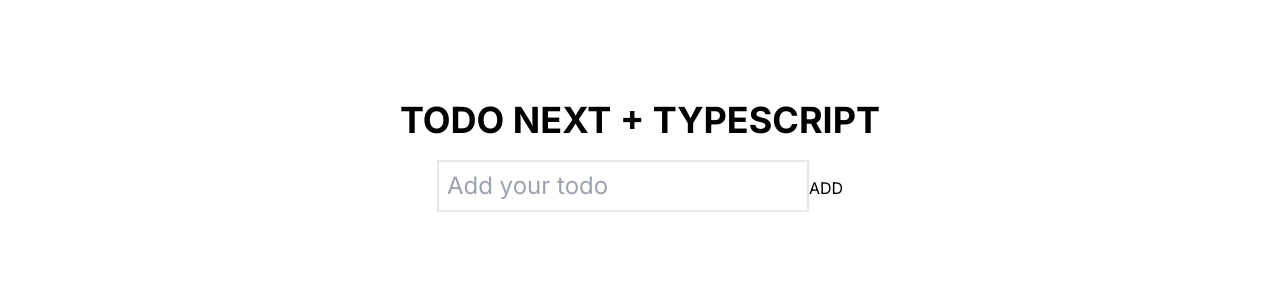
Repository: mehh000/next-ts-todo
Page: /
An editor plug-in stored every save of this project. The page is shown before and after the next save, followed by the edit.
The browser window is 1280 px wide. The pictures show the whole page.
The project was rebuilt for these pictures with package versions that can differ from the ones it lists, and the page was loaded fresh each time. The framework's server and built-in components were replaced by stand-ins that run in the browser. Also part of the build but not shown: next.config.mjs.

Above is the page before, as saved 2024-06-15 19:49:20.

After the next save:
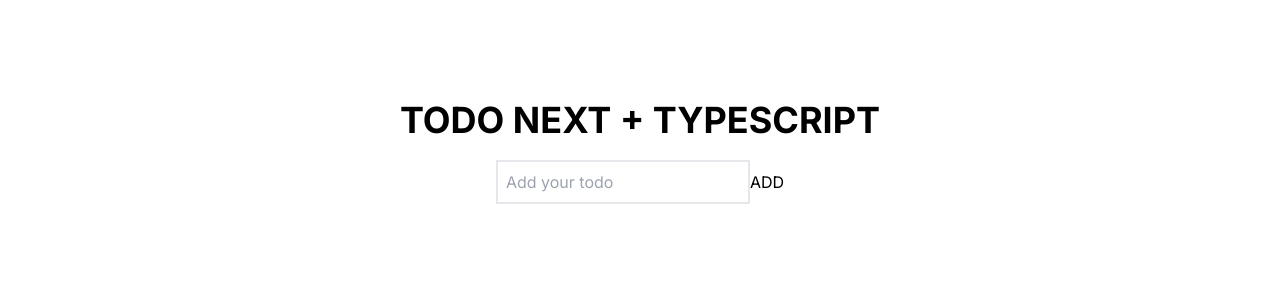
Saved 14 s later.
--- a/src/components/add-todo.tsx
+++ b/src/components/add-todo.tsx
@@ -21,7 +21,7 @@ const AddTODO: React.FC = () => {
       <input
         type="text"
         placeholder="Add your todo"
-        className=" border-2 text-2xl p-2 "
+        className=" border-2 text-1xl p-2 "
         value={todo}
         onChange={(event) => setTodo(event.target.value)}
       />
